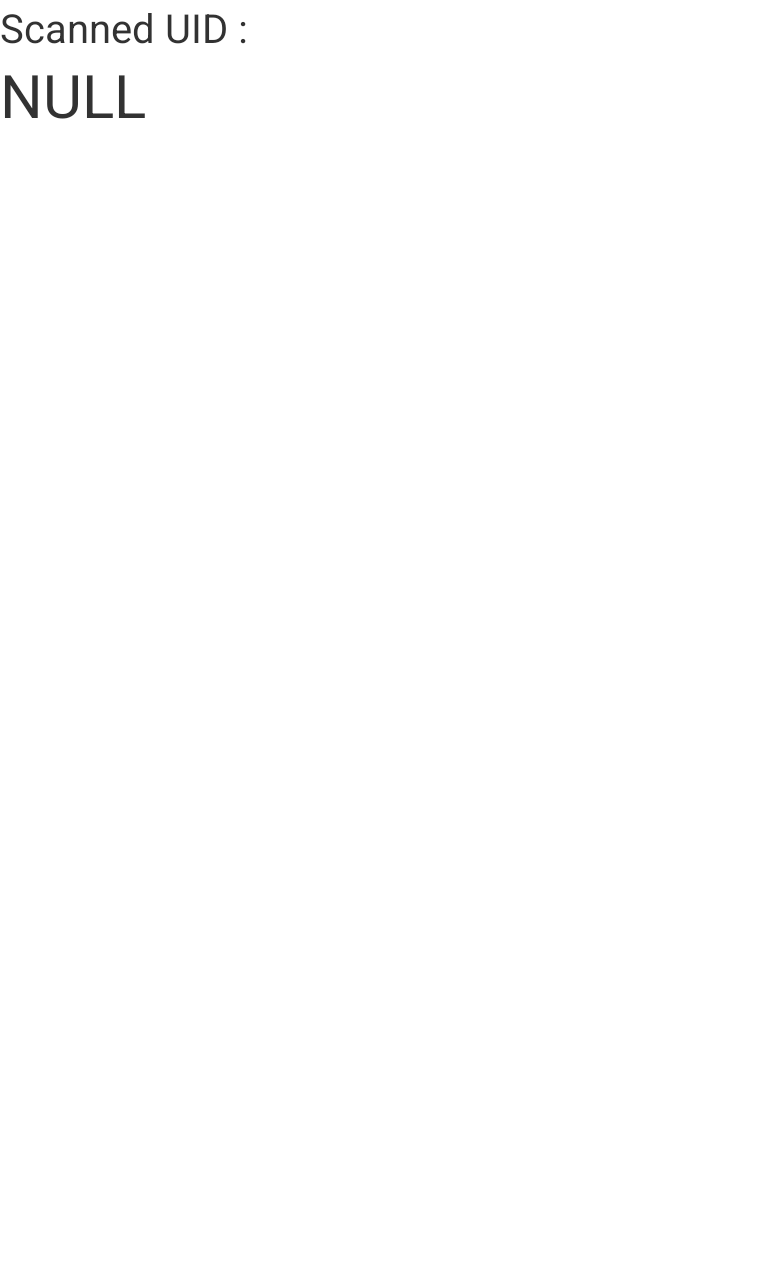
Repository: LennoxAlexion/UID
Layout: Android App/Uid-Project/res/layout/activity_qr_result.xml
These files come from the project's save history. The layout is drawn as it stood at one moment and after the next save; the edit follows.
It is drawn on a 768 x 1280 px phone screen (xhdpi) without system bars, with theme AppTheme; the app's code is not run.

Above is the layout before, as saved 2015-03-29 06:57:58.

After the next save:
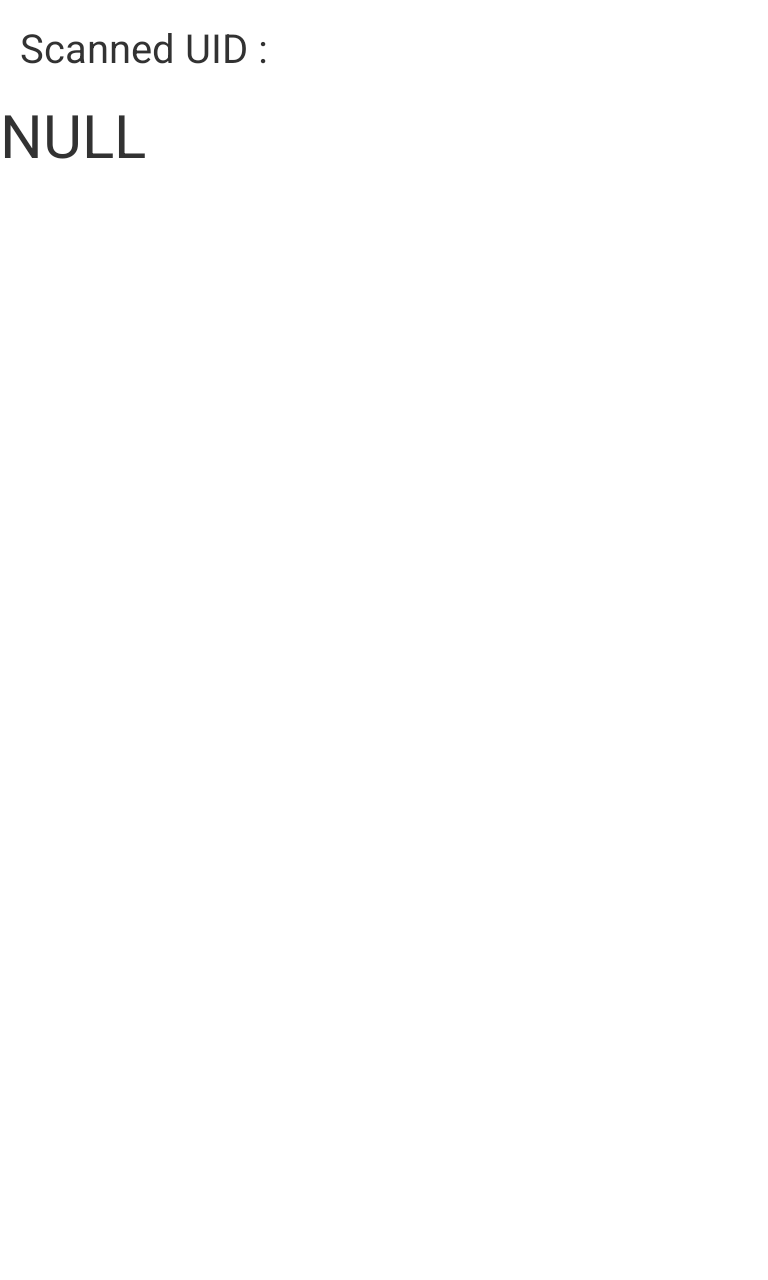
Saved 44 s later.
--- a/Android App/Uid-Project/res/layout/activity_qr_result.xml
+++ b/Android App/Uid-Project/res/layout/activity_qr_result.xml
@@ -9,6 +9,7 @@
         android:layout_width="wrap_content"
         android:layout_height="wrap_content"
         android:text="Scanned UID : "
+        android:layout_margin="10dp"
         android:textSize="20dp" />
 
     <TextView
@@ -20,4 +21,6 @@
 
 
 
+
+
 </LinearLayout>
